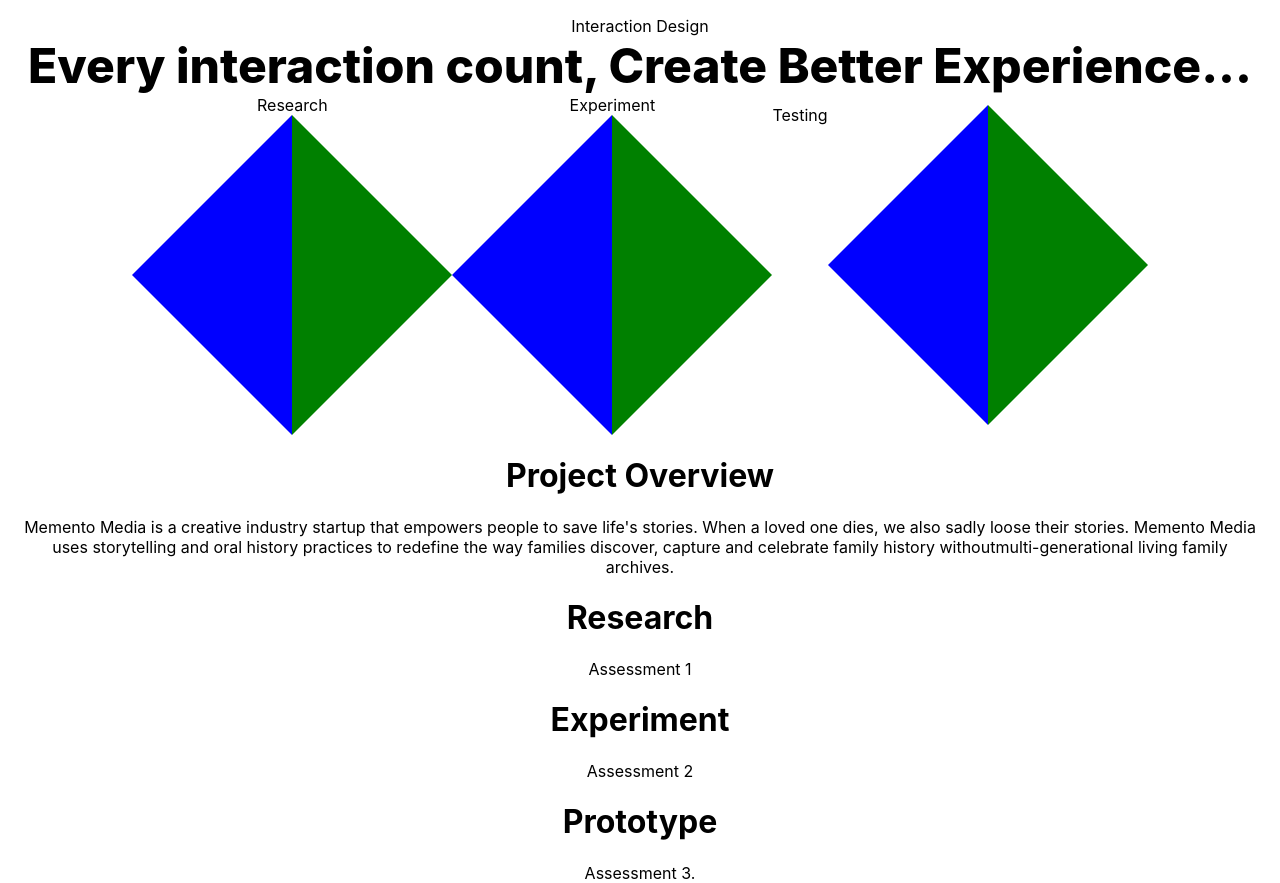
Repository: YingCG/interaction-design
Page: /
The author's editor kept a copy of each file at every save. The page is drawn from the files as they stood at one save, then again after the next save.
The browser window is 1280 px wide. The pictures show the whole page.
The project was rebuilt for these pictures with package versions that can differ from the ones it lists, and the page was loaded fresh each time.

Above is the page before, as saved 2023-09-07 16:30:26.

After the next save:
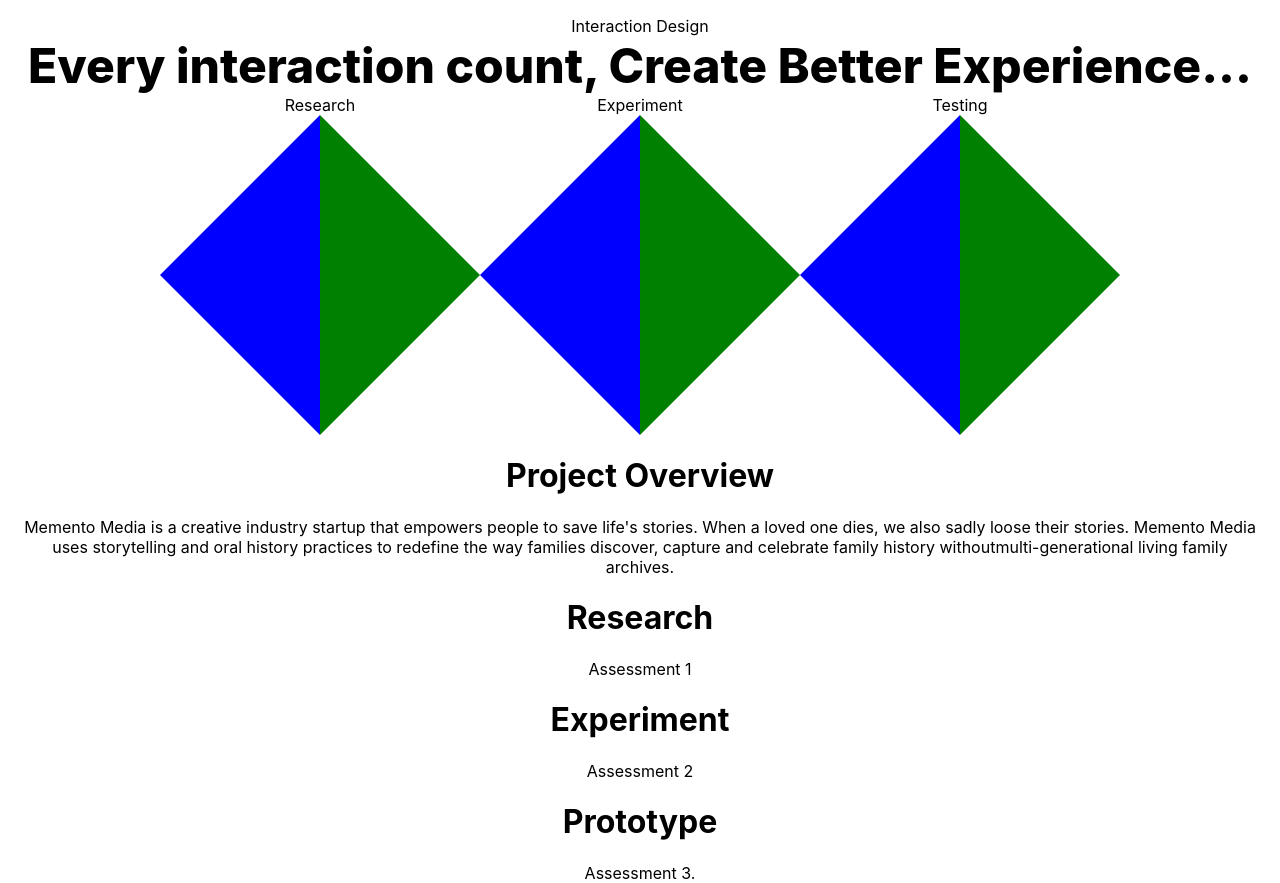
Saved 2 min 33 s later.
--- a/src/TripleDiamond.jsx
+++ b/src/TripleDiamond.jsx
@@ -36,8 +36,8 @@ function TripleDiamond() {
         </div>
 
         <div className="container-triple">
+          <div className="text-above">Testing</div>
           <div className="triple-diamond">
-            <div className="text-above">Testing</div>
             <div className="arrow-left"></div>
             <div className="arrow-right"></div>
           </div>
